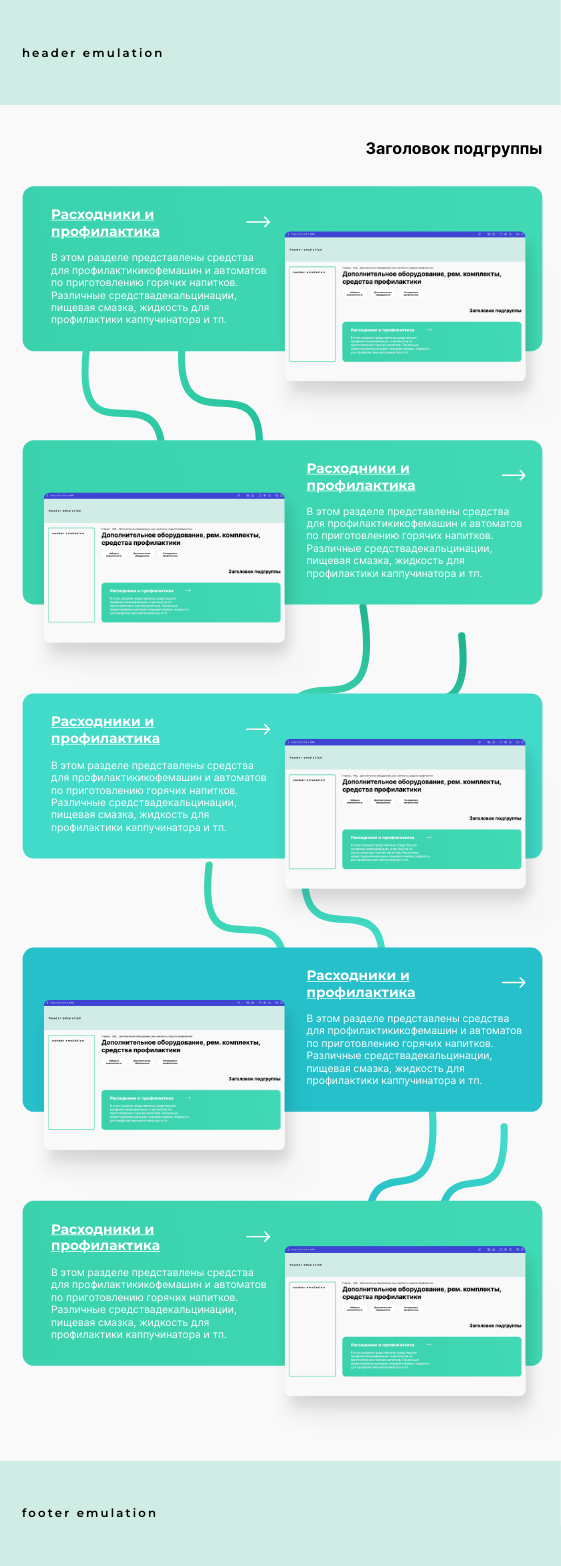
Repository: axonde/venpart-faq-pages
Page: index.html
An editor plug-in stored every save of this project. The page is shown before and after the next save, followed by the edit.
The browser window is 768 px wide. The pictures show the whole page, at 73% of full size.

Above is the page before, as saved 2024-02-28 20:10:08.

After the next save:
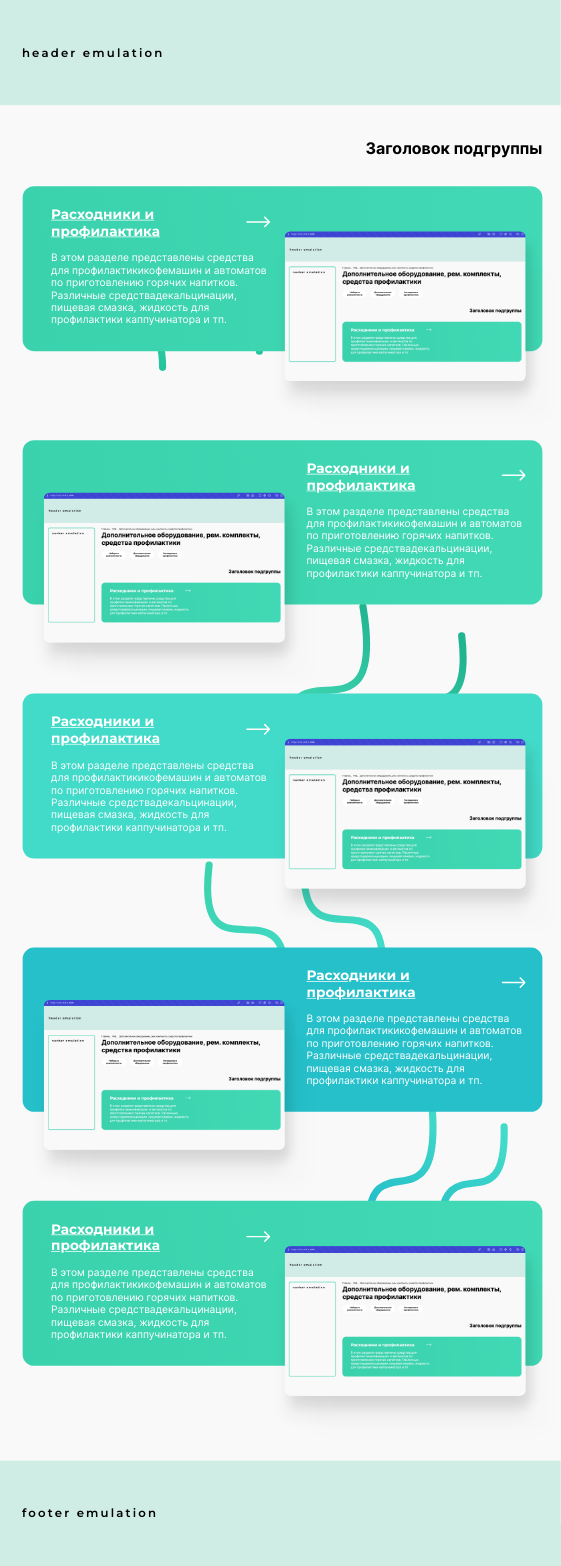
Saved 49 s later.
--- a/style.css
+++ b/style.css
@@ -653,7 +653,7 @@ scrollbar-width: none; /* Firefox */}
 		font: 14px 'Inter';}
 	.faq__item::after {
 		transform: scale(0.7);
-    top: 60%;
+    bottom: -70px;
     left: 27px;}
 	.faq__item:nth-child(2n)::after {
 		transform: scale(0.7);
